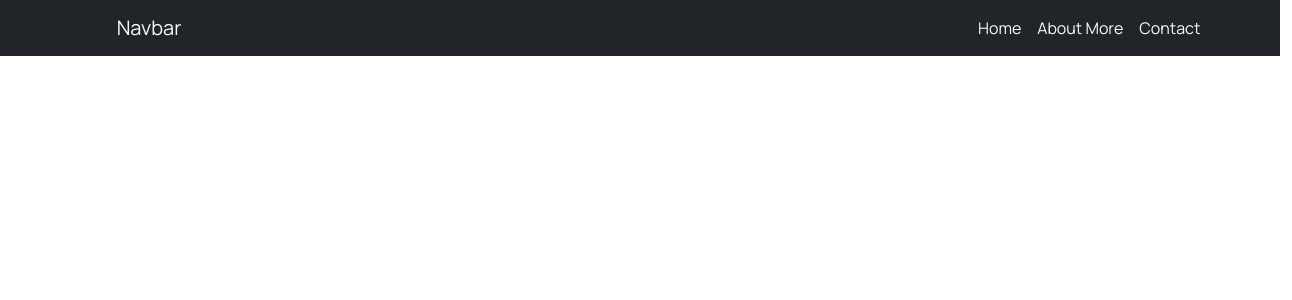
Repository: Realchamithweb/chamith-html
Page: about-more.html
An editor plug-in stored every save of this project. The page is shown before and after a run of saves, followed by the edit.
The browser window is 1280 px wide. The page is 1280 px wide, then 1292 px, so the pictures cover 1292 px, including what lies to the right of the window. The pictures show the whole page.

Above is the page before, as saved 2023-01-04 13:47:00.

### about-more.html
<!doctype html>
<html lang="en">
  <head>
    <!-- Required meta tags -->
    <meta charset="utf-8">
    <meta name="viewport" content="width=device-width, initial-scale=1">
    <link rel="stylesheet" href="/css/style.css">
    <!-- Bootstrap CSS -->
    <link href="https://cdn.jsdelivr.net/npm/bootstrap@5.0.2/dist/css/bootstrap.min.css" rel="stylesheet" integrity="sha384-EVSTQN3/azprG1Anm3QDgpJLIm9Nao0Yz1ztcQTwFspd3yD65VohhpuuCOmLASjC" crossorigin="anonymous">
    <link rel="stylesheet" href="https://fonts.googleapis.com/css?family=Manrope">
    <title>Hello, world!</title>
  </head>
  <body>
    <div class="main">
            <div class="head">
                <nav class="navbar navbar-expand-lg navbar-light bg-dark">
                    <div class="container-fluid">
                        <div class="col-md-1"></div>
                    <a class="navbar-brand col-md-8 text-light" href="#">Navbar</a>
                    <button class="navbar-toggler" type="button" data-bs-toggle="collapse" data-bs-target="#navbarNavDropdown" aria-controls="navbarNavDropdown" aria-expanded="false" aria-label="Toggle navigation">
                        <span class="navbar-toggler-icon"></span>
                    </button>
                    <div class="collapse navbar-collapse" id="navbarNavDropdown">
                        <ul class="navbar-nav">
                        <li class="nav-item">
                            <a class="nav-link active text-light" aria-current="page" href="#">Home</a>
                        </li>
                        <li class="nav-item">
                            <a class="nav-link text-light" href="/about-more.html">About More</a>
                        </li>
                        <li class="nav-item">
                            <a class="nav-link text-light" href="/contact.html">Contact</a>
                        </li>
                        </ul>
                    </div>
                    </div>
                </nav>
            </div>

    <!-- Optional JavaScript; choose one of the two! -->

    <!-- Option 1: Bootstrap Bundle with Popper -->
    <script src="https://cdn.jsdelivr.net/npm/bootstrap@5.0.2/dist/js/bootstrap.bundle.min.js" integrity="sha384-MrcW6ZMFYlzcLA8Nl+NtUVF0sA7MsXsP1UyJoMp4YLEuNSfAP+JcXn/tWtIaxVXM" crossorigin="anonymous"></script>

    <!-- Option 2: Separate Popper and Bootstrap JS -->
    <!--
    <script src="https://cdn.jsdelivr.net/npm/@popperjs/core@2.9.2/dist/umd/popper.min.js" integrity="sha384-IQsoLXl5PILFhosVNubq5LC7Qb9DXgDA9i+tQ8Zj3iwWAwPtgFTxbJ8NT4GN1R8p" crossorigin="anonymous"></script>
    <script src="https://cdn.jsdelivr.net/npm/bootstrap@5.0.2/dist/js/bootstrap.min.js" integrity="sha384-cVKIPhGWiC2Al4u+LWgxfKTRIcfu0JTxR+EQDz/bgldoEyl4H0zUF0QKbrJ0EcQF" crossorigin="anonymous"></script>
    -->
  </body>
</html>

### css/style.css
.main{
    background-color: #292929;
    font-family: 'Manrope', serif;

}

/*
.hero-title{
    position: absolute;
    width: 824px;
    height: 192px;
    left: 96px;
    top: 240px;

    font-family: 'Inter';
    font-style: normal;
    font-weight: 400;
    font-size: 54px;
    line-height: 64px;
    color: #000000;
}

.hero-text{
    position: absolute;
    width: 824px;
    height: 90px;
    left: 96px;
    top: 456px;

    font-family: 'Inter';
    font-style: normal;
    font-weight: 400;
    font-size: 20px;
    line-height: 30px;
    /* or 150% */
    /* color: #000000
}

.hero-btn{
    box-sizing: border-box;
    position: absolute;
    width: 341.57px;
    height: 57px;
    left: 96px;
    top: 634px;

    background: #FFFFFF;
    border: 1px solid #000000;
    border-radius: 4px;
}

.f-row{
    display: flex;
    flex-direction: row;
    justify-content: center;
    align-items: center;
    padding: 8px;
    gap: 32px;

    position: absolute;
    height: 48px;
    left: 96px;
    top: 836px;
}

.img00{
    display: flex;
    flex-direction: row;
    justify-content: center;
    align-items: center;
    padding: 8px;
    gap: 32px;

    position: absolute;
    width: 198px;
    height: 48px;
    left: 96px;
    top: 836px;

}

.img01{
    position: absolute;
    width: 612px;
    height: 888px;
    left: 96px;
    top: 964px;
    border-radius: 4px;
}

.img01:hover{
    background: linear-gradient(0deg, rgba(0, 0, 0, 0.6), rgba(0, 0, 0, 0.6)), url("/inc/Bookstore.png"), #292929;
}

.img02{
    position: absolute;
    width: 612px;
    height: 888px;
    left: 732px;
    top: 1102px;

    background: url(3ffea8135910975.Y3JvcCwxMDgwLDg0NCwwLDExNw.png), #292929;
    border-radius: 4px;
}  */

After the next 2 saves:
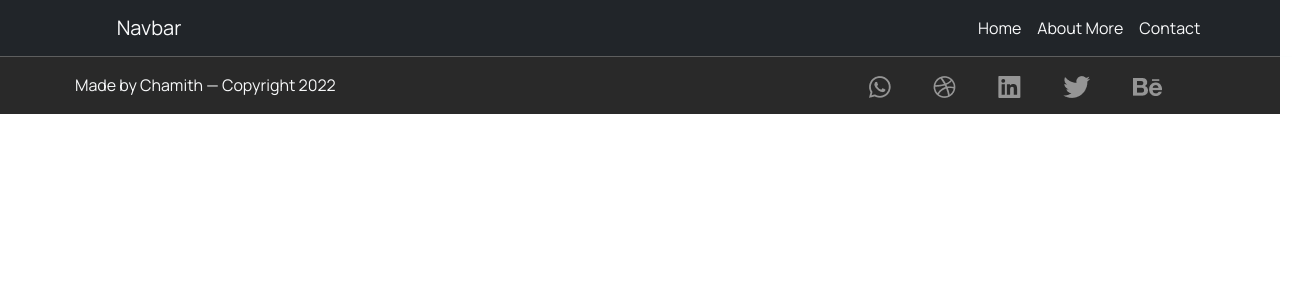
The 2 saves are shown as one change because they came seconds apart.
The last was saved 19 s later.
--- a/about-more.html
+++ b/about-more.html
@@ -36,6 +36,21 @@
                     </div>
                 </nav>
             </div>
+            <section>
+              <div class="footer">
+                  <div class="container-fluild">
+                      <div class="row">
+                          <hr class="text-light">
+                          <div class="col-lg-4 text-center text-light mb-3">Made by Chamith — Copyright 2022</div>
+                          <div class="col-lg-4 mb-3"></div>
+                          <div class="col-lg-4 mb-3"><img src="/inc/Icons.png" class="img02"></div>
+                      </div>
+                  </div>
+              </div>
+          </section>
+
+  </div>
+
 
     <!-- Optional JavaScript; choose one of the two! -->
 
